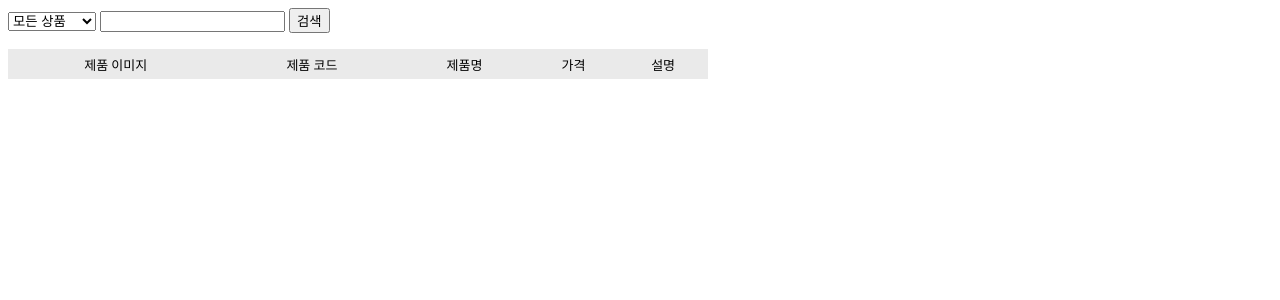
Repository: sjeong12/Photos
Page: http://localhost/LSJ_PHOTO/admin/productList.jsp
These files come from the project's save history. The page is drawn as it stood at one moment and after the next save; the edit follows.
The browser window is 1280 px wide. The pictures show the whole page.
The page is served by Tomcat 9. Other server files are loaded and not shown. Queries for data that is not in the repository find no rows.

Above is the page before, as saved 2016-12-07 06:30:15.

### LSJ_PHOTO/WebContent/admin/productList.jsp
<%@ page language="java" import="java.sql.*" contentType="text/html; charset=utf-8" pageEncoding="utf-8" %>
<% request.setCharacterEncoding("utf-8"); %>
<HTML><HEAD>
<TITLE>제품 목록</TITLE></HEAD>


<BODY>

<%
    //String in_usernm = request.getParameter("search_value");
    //if (in_usernm == null) in_usernm = "";

    String in_search_key   = request.getParameter("search_key");
	String in_search_value = request.getParameter("search_value");
    //  페이지 번호 – 없으면(처음) 1, 아니면 전달 받은 페이지
    String strPageNum = request.getParameter("PageNum");     // paging
    // 표시할 목록의 개수 – 없으면 지정하여 사용
  	String strPageSize = request.getParameter("PageSize");   // paging
  	if (in_search_key   == null) in_search_key   = "";
 	if (in_search_value == null) in_search_value = "";
    if (strPageNum == null) strPageNum = "1";        // paging
    if (strPageSize == null) strPageSize = "10";      // paging    이 크기는 화면 사이즈에 따라 다름
    int currentPage = Integer.parseInt(strPageNum);  // paging  현재 선택 페이지 값 INT 로 변경
    int pageSize = Integer.parseInt(strPageSize);     // paging    목록의 갯수 INT로 변경
%>

<FORM NAME = frm_s  ACTION="productList.jsp" METHOD=post>
<SELECT NAME=search_key>

<OPTION VALUE = ""
	<%
 	     if (in_search_key.equals("")) out.print(" selected");
	%>
    >모든 상품</OPTION>
<OPTION VALUE = "1"
	<%
 	     if (in_search_key.equals("1")) out.print(" selected");
	%>
    >액자</OPTION>
<OPTION VALUE = "2"
    <%
         if (in_search_key.equals("2")) out.print(" selected");
    %>
  >앨범</OPTION>
 <OPTION VALUE = "3"
    <%
         if (in_search_key.equals("3")) out.print(" selected");
    %>
  >디자인 소품</OPTION>


   </SELECT>
 <INPUT TYPE=text NAME=search_value VALUE="<%= in_search_value %>">
<INPUT TYPE=submit VALUE="검색">
</FORM>




<TABLE border = "0" cellspacing = "0" cellpadding = "2" width = "700">

<TR bgcolor = "EAEAEA" height="30">
<TD><font size = 2><center>제품 이미지</center></font></TD>
<TD><font size = 2><center>제품 코드</center></font></TD>
<TD><font size = 2><center>제품명</center></font></TD>
<TD><font size = 2><center>가격</center></font></TD>
<TD><font size = 2><center>설명</center></font></TD>
</TR>
<%
Class.forName("com.microsoft.sqlserver.jdbc.SQLServerDriver");
String connectionURL = "jdbc:sqlserver://localhost:1433;databaseName=DBPstudio;user=sa;password=11";
Connection con = DriverManager.getConnection(connectionURL);

ResultSet rs = null;   // 데이터 베이스에서 가져온 정보를 저장하는 객체
ResultSet rs2 = null;      // paging    rs 객체 하나 더 생성

     Statement stmt = con.createStatement();
   //String SQL = "select userid, usernm, gender, jumin, jobcd from members order by userid";


     String SQL = "SELECT * ";

if (in_search_key.equals("")){
	SQL = SQL + "from Product ";
    SQL = SQL + "where Product_Name LIKE '%" + in_search_value + "%'";
    SQL = SQL + "or Product_Code Like '%" + in_search_value + "%' ";
}
else if (in_search_key.equals("1")){
	SQL = SQL + "from Product P, Sub_Category S ";
    SQL = SQL + "where (P.Product_Name LIKE '%" + in_search_value + "%' ";
    SQL = SQL + "or P.Product_Code Like '%" + in_search_value + "%') ";
    SQL = SQL + "and (P.SubCategory_Num = S.Sub_Category_Num) ";
	SQL = SQL + "and (S.Category_Num = '1') ";
}
else if (in_search_key.equals("2")){
	SQL = SQL + "from Product P, Sub_Category S ";
    SQL = SQL + "where (P.Product_Name LIKE '%" + in_search_value + "%' ";
    SQL = SQL + "or P.Product_Code Like '%" + in_search_value + "%') ";
    SQL = SQL + "and (P.SubCategory_Num = S.Sub_Category_Num) ";
	SQL = SQL + "and (S.Category_Num = '2') ";
}
else if (in_search_key.equals("3")){
	SQL = SQL + "from Product P, Sub_Category S ";
    SQL = SQL + "where (P.Product_Name LIKE '%" + in_search_value + "%' ";
    SQL = SQL + "or P.Product_Code Like '%" + in_search_value + "%') ";
	SQL = SQL + "and (P.SubCategory_Num = S.Sub_Category_Num) ";
	SQL = SQL + "and (S.Category_Num = '3') ";
}
	SQL = SQL + "order by Product_Name ";


     // 페이징을 이용하기 위한 MSSQL 함수로 페이지를 계산한다.
     String SQL2 = SQL;                             //  위의 기존 SQL 에 더 추가       // paging
     SQL2 = SQL2 + "OFFSET "+ ( currentPage - 1 ) * pageSize + " ROWS ";   // paging
     SQL2 = SQL2 + "FETCH NEXT " + pageSize + " ROWS ONLY ";                // paging
       // 전체 카운트를 가져오기위한 sql을 실행해야한다.
      rs2 = stmt.executeQuery(SQL);   // select 문                             //paging
      int totalRecords = 0;                                                             //paging
      while(rs2.next()){       // 처음부터 끝까지                                  //paging
      totalRecords++;       // 전체 레코드 수 카운트                             //paging
      }


   // 페이지가 계산된 목록을 가져오는 SQL2를 실행한다.
      rs = stmt.executeQuery(SQL2);    //  SQL2=기존 SQL + 페이징 SQL      // paging

   while(rs.next())
   {
       String image= rs.getString("Product_Image");
       String code= rs.getString("Product_Code");
       String name= rs.getString("Product_Name");
       int price= rs.getInt("product_Price");
       String Info= rs.getString("Product_Info");

   %>
      <TR onmouseover="this.style.backgroundColor='orange';"
      onmouseout="this.style.backgroundColor='white'; " >  <TD>
      <a href="/LSJ_PHOTO/home.jsp?page=/admin/productView&pcode=<%= code %>">
      <img src="/LSJ_PHOTO/productImage/<%= image %>" border="0" width="100" height="100"/>
      </a>
      </TD>
               <TD><font size = 2> <%= code%> </font></TD>
               <TD><font size = 2> <%= name%> </font></TD>
               <TD><font size = 2> &nbsp;&nbsp;<%= price %>&nbsp;&nbsp; </font></TD>
               <TD><font size = 2> <%= Info%> </font></TD> </TR>
   <% } %>

</TABLE>
<%
int intTotPages= 0; // 총 페이지 수 계산
int intR= totalRecords % pageSize;   // 6 % 3 = 0
if(intR == 0) {
intTotPages = totalRecords / pageSize;
}
else  {   // 7 % 3 != 0
intTotPages = totalRecords / pageSize + 1;  // 나머지가 0 아니면 총 페이지수는 몫 + 1
}

int intGrpSize  = 2; // 그룹 수 설정 - 화면에 보여질 그룹  수
int currentGrp  = 0; // 현 그룹 No.
intR= currentPage % intGrpSize;     // 3 % 2 = ?
if(intR == 0) {
currentGrp= currentPage / intGrpSize;  //4/2=2 그룹
}
else  {   // 3/2 =1 +1 =2그룹
currentGrp= currentPage / intGrpSize + 1;
}
//Page 282
int intGrpStartPage= (currentGrp  - 1) * intGrpSize + 1;   // 2그룹일 때 (2-1)*2+1=3
int intGrpEndPage=  currentGrp * intGrpSize;                  // 2그룹일 때  2*2=4
if (intGrpEndPage > intTotPages){    //  그룹의 끝 페이지가 총 페이지수보다 크면
intGrpEndPage= intTotPages;           //  끝 페이지 수가 총 페이지 수
}

if (currentGrp > 1){    //  그룹 2부터는 이전 페이지 표시
%>
 [<A href="productList.jsp?PageNum=<%= intGrpStartPage - 1 %>">이전</A>]
<%                                                               // 이전 이니까 -1
}

int intGrpPageCount= intGrpSize; // 그룹 당 페이지 수
int intIndex= intGrpStartPage; // 현 그룹 시작 페이지
while (intGrpPageCount > 0 && intIndex <= intGrpEndPage){
%>
[<A href="productList.jsp?PageNum=<%= intIndex %>"><%= intIndex %></A>] &nbsp;
<%
intIndex = intIndex + 1;
intGrpPageCount  = intGrpPageCount - 1;
}
if (intIndex <= intTotPages){  // 다음 그룹이 있으면
%>
[<A href="productList.jsp?PageNum=<%= intIndex %>">다음</A>]
<%
}

stmt.close();
rs.close();
rs2.close();
con.close();

%>

</BODY>

After the next save:
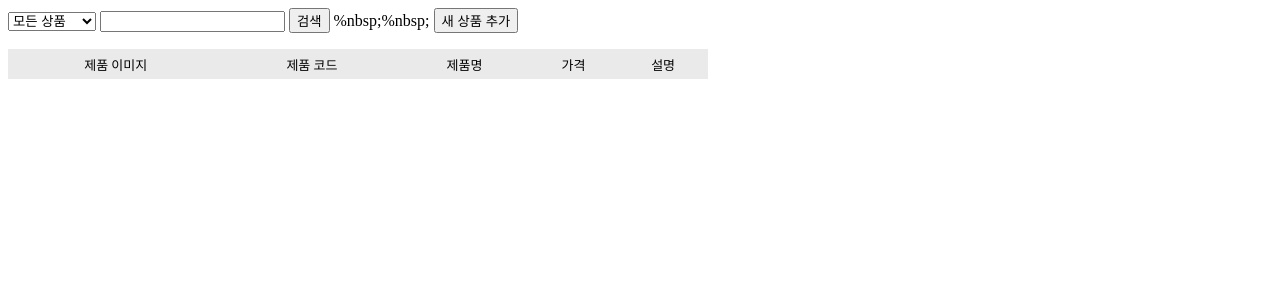
Saved 9 min 10 s later.
--- a/LSJ_PHOTO/WebContent/admin/productList.jsp
+++ b/LSJ_PHOTO/WebContent/admin/productList.jsp
@@ -2,6 +2,14 @@
 <% request.setCharacterEncoding("utf-8"); %>
 <HTML><HEAD>
 <TITLE>제품 목록</TITLE></HEAD>
+
+<script language=javascript>
+function add_product()
+{
+	document.frm_s.action = "/admin/addProduct.jsp";
+	document.frm_s.submit();
+}
+</script>
 
 
 <BODY>
@@ -51,7 +59,7 @@
 
    </SELECT>
  <INPUT TYPE=text NAME=search_value VALUE="<%= in_search_value %>">
-<INPUT TYPE=submit VALUE="검색">
+<INPUT TYPE=submit VALUE="검색"> %nbsp;%nbsp; <INPUT TYPE=button VALUE="새 상품 추가" onclick = "add_product()">
 </FORM>
 
 
